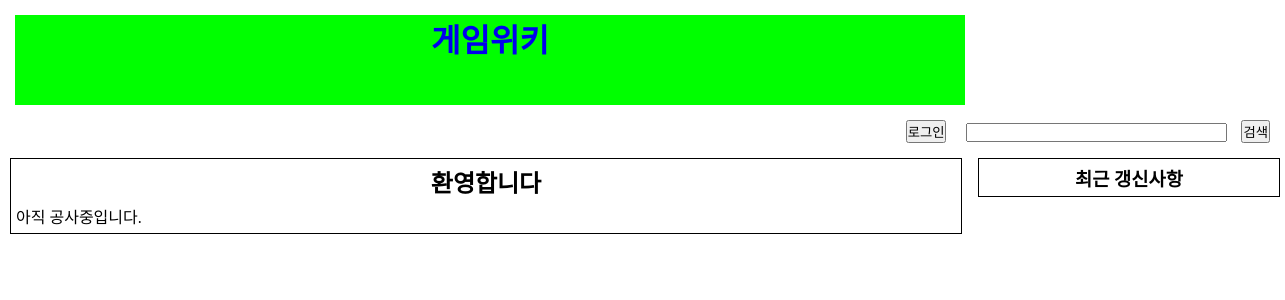
Repository: sithslord/GameWiki
Page: http://localhost/JSPBoard/MainPage/Main.jsp
An editor plug-in stored every save of this project. The page is shown before and after the next save, followed by the edit.
The browser window is 1280 px wide. The page is 1285 px wide, so the pictures cover 1285 px, including what lies to the right of the window. The pictures show the whole page.
The page is served by Tomcat 9.

Above is the page before, as saved 2018-01-12 02:11:02.

After the next save:
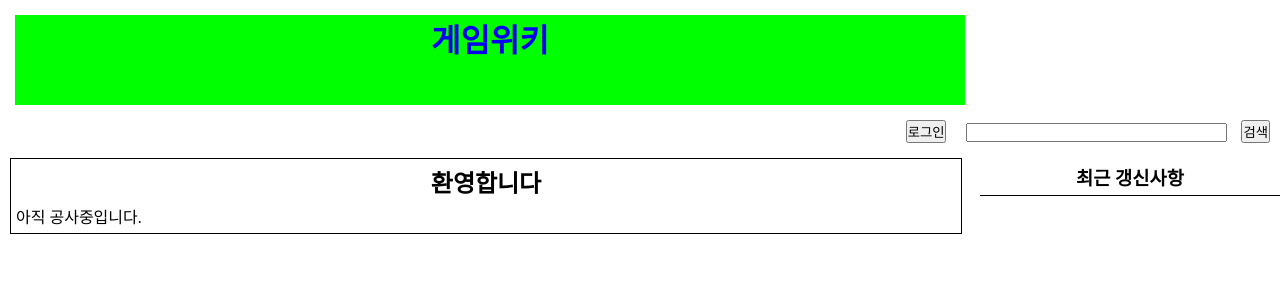
Saved 37 s later.
--- a/ReWork/JSPBoard/WebContent/MainPage/Main.jsp
+++ b/ReWork/JSPBoard/WebContent/MainPage/Main.jsp
@@ -41,7 +41,7 @@ body{
 	float: right;
 	width: 300px;
 	height: auto;
-	border: 1px solid black;
+	border-bottom: 1px solid black;
 }
 
 .hyper{
